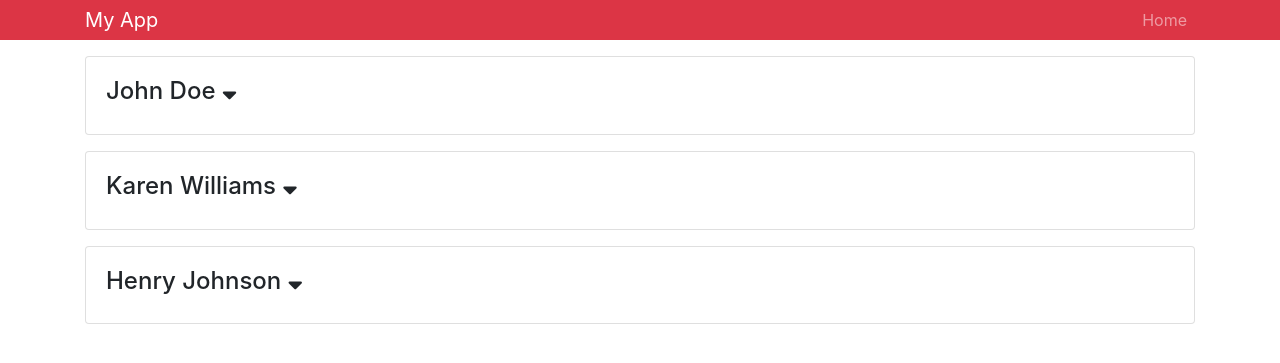
Repository: Mtbwka/contactmanager
Page: /
An editor plug-in stored every save of this project. The page is shown before and after the next save, followed by the edit.
The browser window is 1280 px wide. The pictures show the whole page.
Some web libraries are served in a nearby version. The project was rebuilt for these pictures with package versions that can differ from the ones it lists, and the page was loaded fresh each time.

Above is the page before, as saved 2019-04-25 23:01:08.

After the next save:
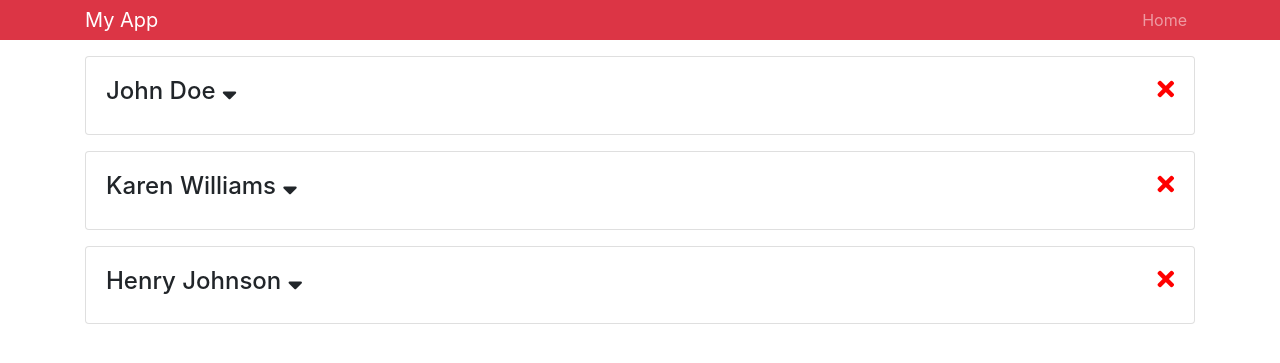
Saved 62 s later.
--- a/src/components/Contact.js
+++ b/src/components/Contact.js
@@ -20,6 +20,10 @@ class Contact extends Component {
             className='fas fa-sort-down'
             style={{ cursor: 'pointer' }}
           />
+          <i
+            className='fas fa-times'
+            style={{ cursor: 'pointer', float: 'right', color: 'red' }}
+          />
         </h4>
         {showContactInfo ? (
           <ul className='list-group'>
